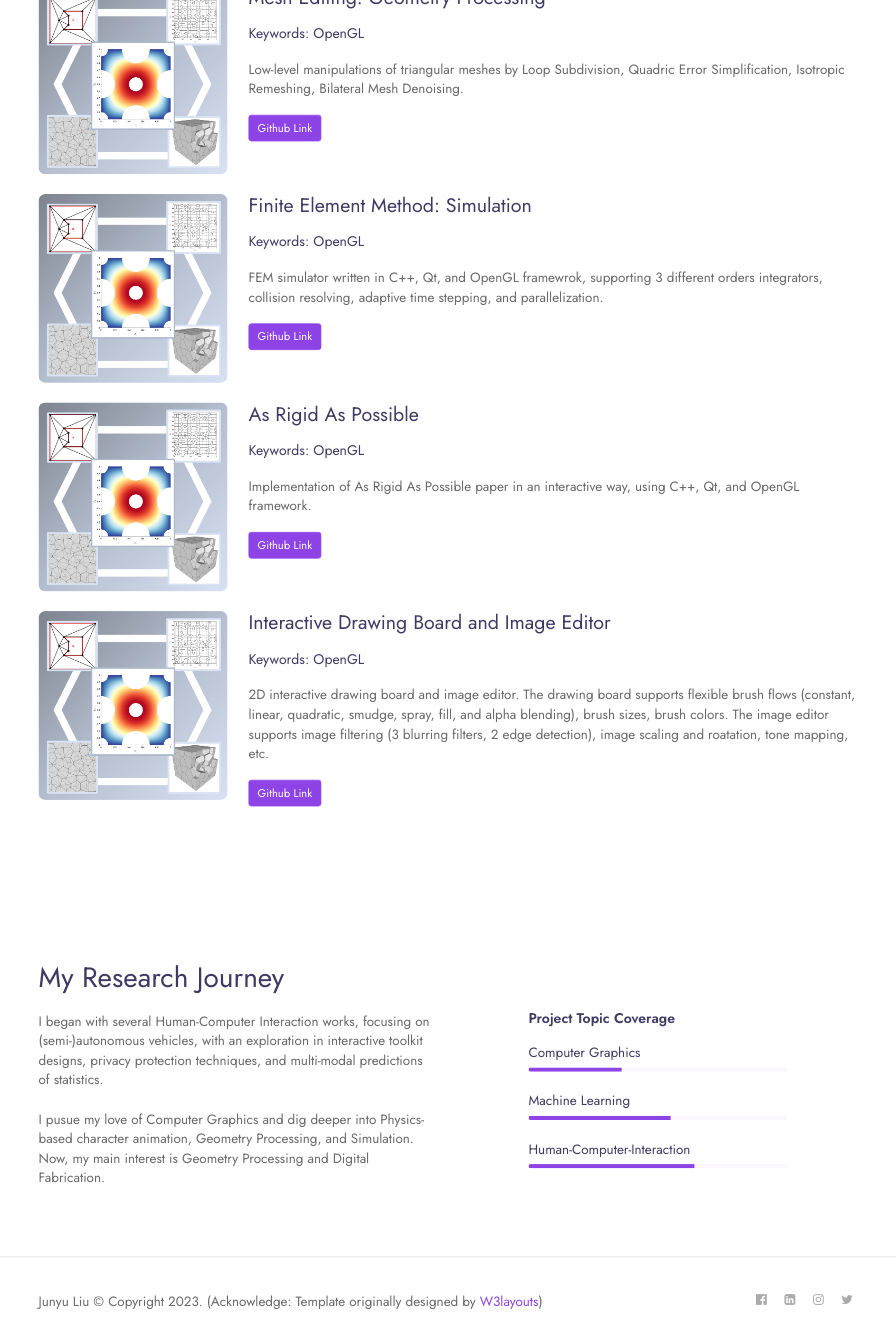
Repository: Junyu-Liu-Nate/junyu-liu-nate.github.io
Page: project.html
The author's editor kept a copy of each file at every save. The page is drawn from the files as they stood at one save, then again after the next save.
The browser window is 1280 px wide. The pictures show the part of the page from y = 1060 to 2980 px (the page is 2980 px tall before and 2461 px after), at 70% of full size.

Above is the page before, as saved 2024-04-10 19:08:23.
Console error: TypeError: Cannot read properties of null (reading 'classList')

### project.html
<!--
Author: Junyu Liu
Author: W3layouts
Author URL: http://w3layouts.com
-->
<!doctype html>
<html lang="en">

<head>
  <!-- Required meta tags -->
  <meta charset="utf-8">
  <meta name="viewport" content="width=device-width, initial-scale=1, shrink-to-fit=no">

  <title>Junyu Liu - Projects</title>

  <!-- google fonts -->
  <link href="//fonts.googleapis.com/css2?family=Jost:wght@300;400;600&display=swap" rel="stylesheet">

  <!-- Template CSS -->
  <link rel="stylesheet" href="assets/css/style-starter.css">
</head>

<body>
<!-- header -->
<header id="site-header" class="fixed-top">
  <div class="container">
      <nav class="navbar navbar-expand-lg stroke">
          <a class="navbar-brand" href="index.html">
              <span class="fa fa-laptop"></span> Junyu Liu
          </a>
          <!-- if logo is image enable this
      <a class="navbar-brand" href="#index.html">
          <img src="image-path" alt="Your logo" title="Your logo" style="height:35px;" />
      </a> -->
          <button class="navbar-toggler  collapsed bg-gradient" type="button" data-toggle="collapse"
              data-target="#navbarTogglerDemo02" aria-controls="navbarTogglerDemo02" aria-expanded="false"
              aria-label="Toggle navigation">
              <span class="navbar-toggler-icon fa icon-expand fa-bars"></span>
              <span class="navbar-toggler-icon fa icon-close fa-times"></span>
              </span>
          </button>

          <div class="collapse navbar-collapse" id="navbarTogglerDemo02">
            <ul class="navbar-nav ml-auto">
                <li class="nav-item active">
                    <a class="nav-link" href="index.html">Home <span class="sr-only">(current)</span></a>
                </li>
                <li class="nav-item @@research_active">
                    <a class="nav-link" href="research.html">Research</a>
                </li>
                <li class="nav-item @@project_active">
                  <a class="nav-link" href="project.html">Project</a>
                </li>
                <li class="nav-item @@service_active">
                  <a class="nav-link" href="service.html">Service</a>
                </li>
                <li class="nav-item @@art_active">
                    <a class="nav-link" href="art.html">Art</a>
                </li>
            </ul>
        </div>
          <!-- toggle switch for light and dark theme -->
          <div class="mobile-position">
              <nav class="navigation">
                  <div class="theme-switch-wrapper">
                      <label class="theme-switch" for="checkbox">
                          <input type="checkbox" id="checkbox">
                          <div class="mode-container">
                              <i class="gg-sun"></i>
                              <i class="gg-moon"></i>
                          </div>
                      </label>
                  </div>
              </nav>
          </div>
          <!-- //toggle switch for light and dark theme -->
      </nav>
  </div>
</header>
<!-- //header -->

<!-- about breadcrumb -->
<section class="w3l-about-breadcrumb text-center">
    <div class="breadcrumb-bg breadcrumb-bg-about py-sm-5 py-4">
        <div class="container py-2">
            <h2 class="title">Code Projects</h2>
            <ul class="breadcrumbs-custom-path mt-2">
                <li><a href="index.html">Home</a></li>
                <li class="active"><span class="fa fa-arrow-right mx-2" aria-hidden="true"></span> Code Projects </li>
            </ul>
            <br>
            <h5>Selection of my implementation of papers/algorithms, tools, course projects, and all other fun implementations.</h5>
        </div>
    </div>
</section>
<!-- //about breadcrumb -->

<!-- about page about section -->
<section class="w3l-aboutblock1" id="about">
    <div class="midd-w3 py-5">
        <div class="container py-lg-5 py-md-3">
              <div class="row">
                <div class="col-lg-3">
                  <div class="position-relative">
                      <img src="assets/images/project/thumnail/port-FEM-vs-VEM.png" alt="" class="radius-image img-fluid">
                  </div>
                </div>
                <div class="col-lg-9 mt-lg-0 mt-5">
                    <!-- <h5 class="title-small mb-2">Hello, I am UI/UX Designer</h5> -->
                    <h3 class="title">Realtime Interactive Particle System and Procedural Terrain Modeling</h3>
                    <br>
                    <h5>Keywords: OpenGL</h5>
                    <br>
                    <p>
                      Realtime simulation for nature, which includes particle systems for snow simulation, procedural generation algorithms for terrain, physics-based dynamic systems for snow-terrain interaction, and a dynamic weather system.
                    </p>
                    <br>
                    <div>
                      <a href="https://github.com/Junyu-Liu-Nate/Realtime-Interactive-Particle-System-Procedural-Modeling-OpenGL" class="btn btn-primary">Github Link</a>
                    </div>
                </div>
            </div>

            <p><br></p>

            <div class="row">
              <div class="col-lg-3">
                <div class="position-relative">
                    <img src="assets/images/project/thumnail/port-FEM-vs-VEM.png" alt="" class="radius-image img-fluid">
                </div>
              </div>
              <div class="col-lg-9 mt-lg-0 mt-5">
                  <!-- <h5 class="title-small mb-2">Hello, I am UI/UX Designer</h5> -->
                  <h3 class="title">Path Tracer: Physics-Based Rendering</h3>
                  <br>
                  <h5>Keywords: OpenGL</h5>
                  <br>
                  <p>
                    Physics-based renderer using Monte Carlo sampling of path tracing, supporting 6 BRDFs, soft shadows, indirect illumination, Russian Roulette path termination, SDR/HDR tone mapping, attenuate refraction, stratified sampling, depth of field, low discrepancy sampling, BRDF importance sampling.
                  </p>
                  <br>
                  <div>
                    <a href="https://github.com/Junyu-Liu-Nate/Path-Tracer-Physics-Based-Rendering" class="btn btn-primary">Github Link</a>
                  </div>
              </div>
            </div>

            <p><br></p>

            <div class="row">
              <div class="col-lg-3">
                <div class="position-relative">
                    <img src="assets/images/project/thumnail/port-FEM-vs-VEM.png" alt="" class="radius-image img-fluid">
                </div>
              </div>
              <div class="col-lg-9 mt-lg-0 mt-5">
                  <!-- <h5 class="title-small mb-2">Hello, I am UI/UX Designer</h5> -->
                  <h3 class="title">Mesh Editing: Geometry Processing</h3>
                  <br>
                  <h5>Keywords: OpenGL</h5>
                  <br>
                  <p>
                    Low-level manipulations of triangular meshes by Loop Subdivision, Quadric Error Simplification, Isotropic Remeshing, Bilateral Mesh Denoising.
                  </p>
                  <br>
                  <div>
                    <a href="https://github.com/Junyu-Liu-Nate/Mesh-Editing-Geometry-Processing" class="btn btn-primary">Github Link</a>
                  </div>
              </div>
            </div>

            <p><br></p>

            <div class="row">
              <div class="col-lg-3">
                <div class="position-relative">
                    <img src="assets/images/project/thumnail/port-FEM-vs-VEM.png" alt="" class="radius-image img-fluid">
                </div>
              </div>
              <div class="col-lg-9 mt-lg-0 mt-5">
                  <!-- <h5 class="title-small mb-2">Hello, I am UI/UX Designer</h5> -->
                  <h3 class="title">Finite Element Method: Simulation</h3>
                  <br>
                  <h5>Keywords: OpenGL</h5>
                  <br>
                  <p>
                    FEM simulator written in C++, Qt, and OpenGL framewrok, supporting 3 different orders integrators, collision resolving, adaptive time stepping, and parallelization.
                  </p>
                  <br>
                  <div>
                    <a href="https://github.com/Junyu-Liu-Nate/Finite-Element-Method-Simulation" class="btn btn-primary">Github Link</a>
                  </div>
              </div>
            </div>

            <p><br></p>

            <div class="row">
              <div class="col-lg-3">
                <div class="position-relative">
                    <img src="assets/images/project/thumnail/port-FEM-vs-VEM.png" alt="" class="radius-image img-fluid">
                </div>
              </div>
              <div class="col-lg-9 mt-lg-0 mt-5">
                  <!-- <h5 class="title-small mb-2">Hello, I am UI/UX Designer</h5> -->
                  <h3 class="title">As Rigid As Possible</h3>
                  <br>
                  <h5>Keywords: OpenGL</h5>
                  <br>
                  <p>
                    Implementation of As Rigid As Possible paper in an interactive way, using C++, Qt, and OpenGL framework.
                  </p>
                  <br>
                  <div>
                    <a href="https://github.com/Junyu-Liu-Nate/As-Rigid-As-Possible" class="btn btn-primary">Github Link</a>
                  </div>
              </div>
            </div>

            <p><br></p>

            <div class="row">
              <div class="col-lg-3">
                <div class="position-relative">
                    <img src="assets/images/project/thumnail/port-FEM-vs-VEM.png" alt="" class="radius-image img-fluid">
                </div>
              </div>
              <div class="col-lg-9 mt-lg-0 mt-5">
                  <!-- <h5 class="title-small mb-2">Hello, I am UI/UX Designer</h5> -->
                  <h3 class="title">Interactive Drawing Board and Image Editor</h3>
                  <br>
                  <h5>Keywords: OpenGL</h5>
                  <br>
                  <p>
                    2D interactive drawing board and image editor. The drawing board supports flexible brush flows (constant, linear, quadratic, smudge, spray, fill, and alpha blending), brush sizes, brush colors. The image editor supports image filtering (3 blurring filters, 2 edge detection), image scaling and roatation, tone mapping, etc.
                  </p>
                  <br>
                  <div>
                    <a href="https://github.com/Junyu-Liu-Nate/Interactive-Drawing-Board-and-Image-Editor" class="btn btn-primary">Github Link</a>
                  </div>
              </div>
            </div>

            <p><br></p>
        </div>

    </div>
    </div>
    </div>
</section>
<!-- //about page about section -->

<!-- about page third section -->
<section class="w3l-content-6 py-5">
    <div class="content-6-mian py-lg-5 py-md-4">
        <div class="container">
            <div class="content-info-in row">
                <div class="content-gd col-lg-6">
                    <h3 class="title-big mb-4">My Research Journey</h3>
                    <p>
                      I began with several Human-Computer Interaction works, focusing on (semi-)autonomous vehicles, with an exploration in interactive toolkit designs, privacy protection techniques, and multi-modal predictions of statistics.
                      <br><br>

                      I pusue my love of Computer Graphics and dig deeper into Physics-based character animation, Geometry Processing, and Simulation. Now, my main interest is Geometry Processing and Digital Fabrication.
                    </p>
                </div>
                <div class="content-gd col-lg-4 offset-lg-1">
                    <br><br><br>
                    <h5><b>Project Topic Coverage</b></h5><br>
                    <div class="progress-info">
                        <h6 class="progress-tittle">Computer Graphics</h6>
                        <div class="progress">
                            <div class="progress-bar progress-bar-striped" role="progressbar" style="width: 36%"
                                aria-valuenow="36" aria-valuemin="0" aria-valuemax="100">
                            </div>
                        </div>
                    </div>
                    <div class="progress-info">
                        <h6 class="progress-tittle">Machine Learning
                        </h6>
                        <div class="progress">
                            <div class="progress-bar progress-bar-striped" role="progressbar" style="width: 55%"
                                aria-valuenow="55" aria-valuemin="0" aria-valuemax="100">
                            </div>
                        </div>
                    </div>
                    <div class="progress-info">
                        <h6 class="progress-tittle">Human-Computer-Interaction</h6>
                        <div class="progress">
                            <div class="progress-bar progress-bar-striped" role="progressbar" style="width: 64%"
                                aria-valuenow="64" aria-valuemin="0" aria-valuemax="100">
                            </div>
                        </div>
                    </div>
                </div>
            </div>
        </div>
    </div>
</section>
<!-- about page third section -->

<!-- Footer -->
<section class="w3l-footer py-sm-5 py-4">
  <div class="container">
    <div class="footer-content">
      <div class="row">
        <div class="col-lg-8 footer-left">
          <p class="m-0">Junyu Liu © Copyright 2023. (Acknowledge: Template originally designed by <a href="https://w3layouts.com">W3layouts</a>)</p>
        </div>
        <div class="col-lg-4 footer-right text-lg-right text-center mt-lg-0 mt-3">
          <ul class="social m-0 p-0">
            <li><a href="#facebook"><span class="fa fa-facebook-official"></span></a></li>
            <li><a href="#linkedin"><span class="fa fa-linkedin-square"></span></a></li>
            <li><a href="#instagram"><span class="fa fa-instagram"></span></a></li>
            <li><a href="#twitter"><span class="fa fa-twitter"></span></a></li>
          </ul>
        </div>
      </div>
    </div>
  </div>

  <!-- move top -->
  <button onclick="topFunction()" id="movetop" title="Go to top">
    <span class="fa fa-angle-up"></span>
  </button>
  <script>
    // When the user scrolls down 20px from the top of the document, show the button
    window.onscroll = function () {
      scrollFunction()
    };

    function scrollFunction() {
      if (document.body.scrollTop > 20 || document.documentElement.scrollTop > 20) {
        document.getElementById("movetop").style.display = "block";
      } else {
        document.getElementById("movetop").style.display = "none";
      }
    }

    // When the user clicks on the button, scroll to the top of the document
    function topFunction() {
      document.body.scrollTop = 0;
      document.documentElement.scrollTop = 0;
    }
  </script>
  <!-- /move top -->
</section>
<!-- //Footer -->

<!-- all js scripts and files here -->

<script src="assets/js/theme-change.js"></script><!-- theme switch js (light and dark)-->

<script src="assets/js/jquery-3.3.1.min.js"></script><!-- default jQuery -->

<!-- /typig-text-->
<script>
  const typedTextSpan = document.querySelector(".typed-text");
  const cursorSpan = document.querySelector(".cursor");

  const textArray = ["UI/UX Designer", "Freelancer", "Web developer"];
  const typingDelay = 200;
  const erasingDelay = 10;
  const newTextDelay = 100; // Delay between current and next text
  let textArrayIndex = 0;
  let charIndex = 0;

  function type() {
    if (charIndex < textArray[textArrayIndex].length) {
      if (!cursorSpan.classList.contains("typing")) cursorSpan.classList.add("typing");
      typedTextSpan.textContent += textArray[textArrayIndex].charAt(charIndex);
      charIndex++;
      setTimeout(type, typingDelay);
    } else {
      cursorSpan.classList.remove("typing");
      setTimeout(erase, newTextDelay);
    }
  }

  function erase() {
    if (charIndex > 0) {
      // add class 'typing' if there's none
      if (!cursorSpan.classList.contains("typing")) {
        cursorSpan.classList.add("typing");
      }
      typedTextSpan.textContent = textArray[textArrayIndex].substring(0, 0);
      charIndex--;
      setTimeout(erase, erasingDelay);
    } else {
      cursorSpan.classList.remove("typing");
      textArrayIndex++;
      if (textArrayIndex >= textArray.length) textArrayIndex = 0;
      setTimeout(type, typingDelay);
    }
  }

  document.addEventListener("DOMContentLoaded", function () { // On DOM Load initiate the effect
    if (textArray.length) setTimeout(type, newTextDelay + 250);
  });
</script>
<!-- //typig-text-->

<!-- services owlcarousel -->
<script src="assets/js/owl.carousel.js"></script>

<!-- script for services -->
<script>
  $(document).ready(function () {
    $('.owl-two').owlCarousel({
      loop: true,
      margin: 30,
      nav: false,
      responsiveClass: true,
      autoplay: false,
      autoplayTimeout: 5000,
      autoplaySpeed: 1000,
      autoplayHoverPause: false,
      responsive: {
        0: {
          items: 1,
          nav: false
        },
        480: {
          items: 1,
          nav: false
        },
        700: {
          items: 1,
          nav: false
        },
        1090: {
          items: 3,
          nav: false
        }
      }
    })
  })
</script>
<!-- //script for services -->

<!-- script for tesimonials carousel slider -->
<script>
  $(document).ready(function () {
    $("#owl-demo1").owlCarousel({
      loop: true,
      margin: 20,
      nav: false,
      responsiveClass: true,
      responsive: {
        0: {
          items: 1,
          nav: false
        },
        736: {
          items: 1,
          nav: false
        },
        1000: {
          items: 2,
          nav: false,
          loop: false
        }
      }
    })
  })
</script>
<!-- //script for tesimonials carousel slider -->

<!-- video popup -->
<script src="assets/js/jquery.magnific-popup.min.js"></script>
<script>
  $(document).ready(function () {
    $('.popup-with-zoom-anim').magnificPopup({
      type: 'inline',

      fixedContentPos: false,
      fixedBgPos: true,

      overflowY: 'auto',

      closeBtnInside: true,
      preloader: false,

      midClick: true,
      removalDelay: 300,
      mainClass: 'my-mfp-zoom-in'
    });

    $('.popup-with-move-anim').magnificPopup({
      type: 'inline',

      fixedContentPos: false,
      fixedBgPos: true,

      overflowY: 'auto',

      closeBtnInside: true,
      preloader: false,

      midClick: true,
      removalDelay: 300,
      mainClass: 'my-mfp-slide-bottom'
    });
  });
</script>
<!-- //video popup -->

<!-- stats number counter-->
<script src="assets/js/jquery.waypoints.min.js"></script>
<script src="assets/js/jquery.countup.js"></script>
<script>
  $('.counter').countUp();
</script>
<!-- //stats number counter -->

<!-- disable body scroll which navbar is in active -->
<script>
  $(function () {
    $('.navbar-toggler').click(function () {
      $('body').toggleClass('noscroll');
    })
  });
</script>
<!-- disable body scroll which navbar is in active -->

<!--/MENU-JS-->
<script>
  $(window).on("scroll", function () {
    var scroll = $(window).scrollTop();

    if (scroll >= 80) {
      $("#site-header").addClass("nav-fixed");
    } else {
      $("#site-header").removeClass("nav-fixed");
    }
  });

  //Main navigation Active Class Add Remove
  $(".navbar-toggler").on("click", function () {
    $("header").toggleClass("active");
  });
  $(document).on("ready", function () {
    if ($(window).width() > 991) {
      $("header").removeClass("active");
    }
    $(window).on("resize", function () {
      if ($(window).width() > 991) {
        $("header").removeClass("active");
      }
    });
  });
</script>
<!--//MENU-JS-->

<!-- bootstrap js -->
<script src="assets/js/bootstrap.min.js"></script>

</body>

</html>

Loaded but not shown: assets/css/style-starter.css (library); assets/js/theme-change.js (common file); assets/js/jquery-3.3.1.min.js (library); assets/js/owl.carousel.js (library); assets/js/jquery.magnific-popup.min.js (library); assets/js/jquery.waypoints.min.js (library); assets/js/jquery.countup.js (common file); assets/js/bootstrap.min.js (library)

After the next save:
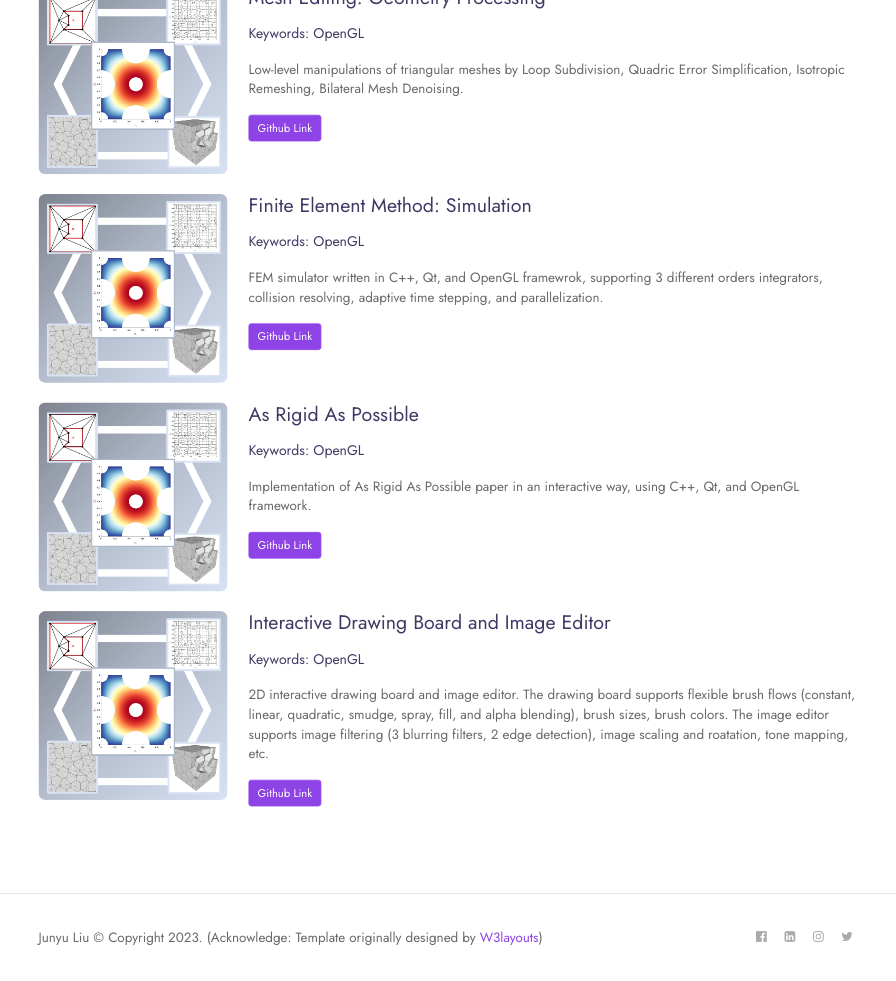
Saved 12 s later.
--- a/project.html
+++ b/project.html
@@ -251,7 +251,7 @@ Author URL: http://w3layouts.com
 <!-- //about page about section -->
 
 <!-- about page third section -->
-<section class="w3l-content-6 py-5">
+<!-- <section class="w3l-content-6 py-5">
     <div class="content-6-mian py-lg-5 py-md-4">
         <div class="container">
             <div class="content-info-in row">
@@ -296,7 +296,7 @@ Author URL: http://w3layouts.com
             </div>
         </div>
     </div>
-</section>
+</section> -->
 <!-- about page third section -->
 
 <!-- Footer -->
